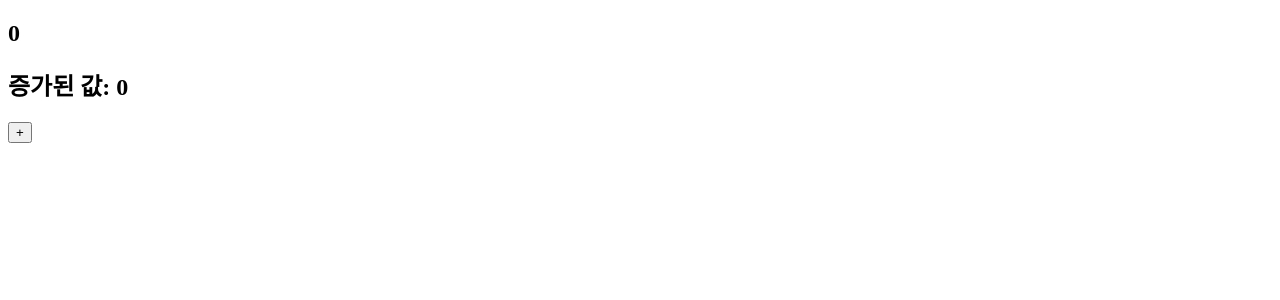
Repository: Migorithm/front_work
Page: front09_VUE/src/main/webapp/03_event/vue07_v_once.html
An editor plug-in stored every save of this project. The page is shown before and after the next save, followed by the edit.
The browser window is 1280 px wide. The pictures show the whole page.

Above is the page before, as saved 2021-09-10 03:17:17.

After the next save:
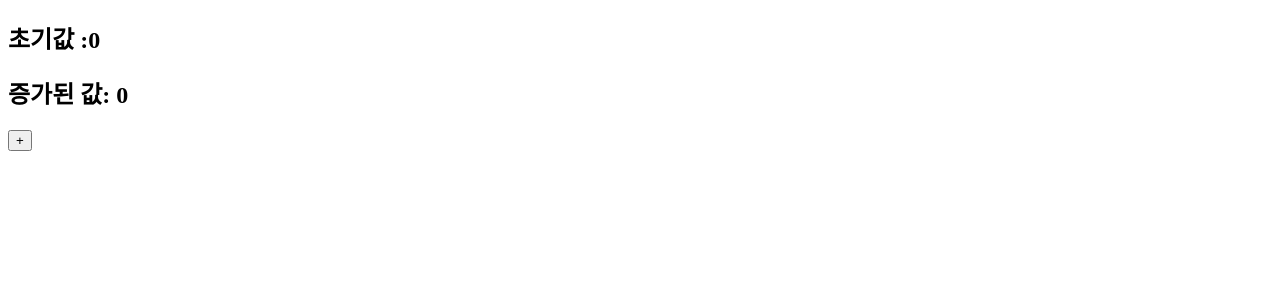
Saved 29 s later.
--- a/front09_VUE/src/main/webapp/03_event/vue07_v_once.html
+++ b/front09_VUE/src/main/webapp/03_event/vue07_v_once.html
@@ -19,7 +19,7 @@
 
 <body>
 	<div id="app">
-		<h2>{{count}}</h2>
+		<h2>{{"초기값 :" + count}}</h2>
 		<h2>{{'증가된 값: '+count}}</h2>
 		<button @click="count++">+</button>
 	</div>
